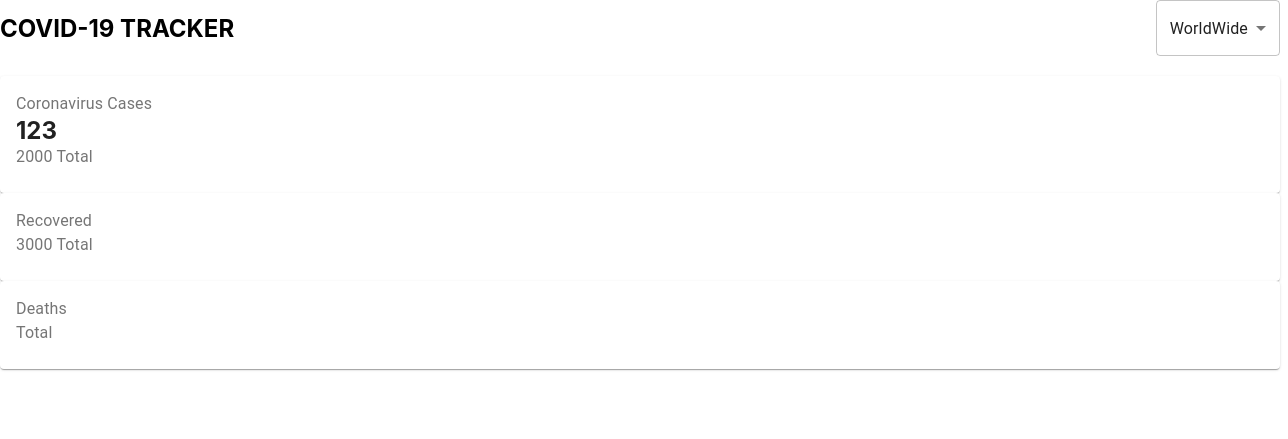
Repository: exiled-kal/2OnProcess
Page: /
An editor plug-in stored every save of this project. The page is shown before and after the next save, followed by the edit.
The browser window is 1280 px wide. The page is 1288 px wide, so the pictures cover 1288 px, including what lies to the right of the window. The pictures show the whole page.
The page's requests for data from a server got no answer. The project was rebuilt for these pictures with package versions that can differ from the ones it lists, and the page was loaded fresh each time. No one was signed in, and anything a server would have sent is missing.

Above is the page before, as saved 2020-08-17 15:45:38.

### src/index.css


body {
  margin: 0;
  font-family: -apple-system, BlinkMacSystemFont, 'Segoe UI', 'Roboto', 'Oxygen',
    'Ubuntu', 'Cantarell', 'Fira Sans', 'Droid Sans', 'Helvetica Neue',
    sans-serif;
  -webkit-font-smoothing: antialiased;
  -moz-osx-font-smoothing: grayscale;
}

code {
  font-family: source-code-pro, Menlo, Monaco, Consolas, 'Courier New',
    monospace;
}

### src/App.js
import React, {useState, useEffect} from 'react';
import './App.css';
import {FormControl, Select, MenuItem} from '@material-ui/core';
import InfoBox from './InfoBox';

function App() {
  const [countries, setCountries] = useState([]);
  const [country, setCountry] = useState('worldwide');

  // https://disease.sh/v3/covid-19/countries

  useEffect(() => {
    const getCountriesData = async () => {
      await fetch('https://disease.sh/v3/covid-19/countries')
        .then((response) => response.json())
        .then((data) => {
          const countries = data.map((country) => ({
            name: country.country, //United States, United Kingdom
            value: country.countryInfo.iso2, // UK, USA
          }));
          setCountries(countries);
        });
    };
    getCountriesData();
  }, []);

  const onCountryChange = async (e) => {
    const countryCode = e.target.value;

    setCountry(countryCode);
  };

  return (
    <div className="app">
      <div className="app__header">
        <h2>COVID-19 TRACKER</h2>
        <FormControl className="app__dropdown">
          <Select variant="outlined" onChange={onCountryChange} value={country}>
            <MenuItem value="worldwide">WorldWide</MenuItem>
            {countries.map((country) => (
              <MenuItem value={country.value}>{country.name}</MenuItem>
            ))}
          </Select>
        </FormControl>
      </div>

      <div className="app__stats">
        <InfoBox title="Coronavirus Cases" cases={123} total={2000}/>

        <InfoBox title="Recovered" total={3000} />

        <InfoBox title="Deaths" />
      </div>

      {/* Table */}
      {/* Graph */}

      {/* Map */}
    </div>
  );
}

export default App;

### src/App.css
* {
  margin: 0;
}

.app__header {
  display: flex;
  align-items: center;
  margin-bottom: 20px;
  justify-content: space-between;

}

### src/InfoBox.js
import React from 'react';
import {Card, CardContent, Typography} from '@material-ui/core';

function InfoBox({title, cases, total}) {
  return (
    <Card className="infoBox">
      <CardContent>
        {/* Title ie. Coronavirus cases */}
        <Typography className="infoBox__title" color="textSecondary">
          {title}
        </Typography>

        {/* +120k Number of cases */}
        <h2 className="infoBox__cases">{cases}</h2>

        {/* 1.2M Total */}
        <Typography className="infoBox__total" color="textSecondary">
          {total} Total
        </Typography>
      </CardContent>
    </Card>
  );
}

export default InfoBox;

Loaded but not shown: public/index.html (common file); src/index.js (common file); src/serviceWorker.js (common file)

After the next save:
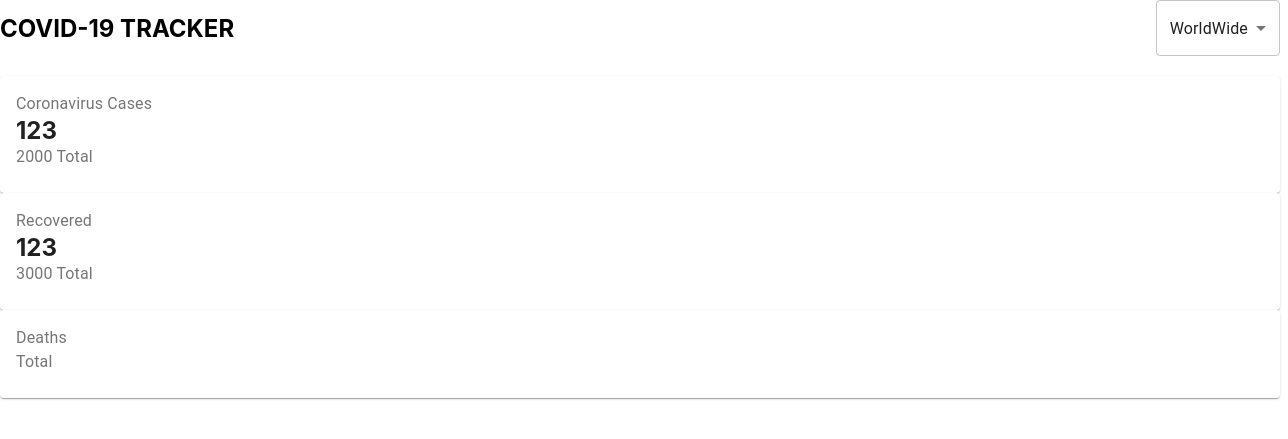
Saved 7 s later.
--- a/src/App.js
+++ b/src/App.js
@@ -47,7 +47,7 @@ function App() {
       <div className="app__stats">
         <InfoBox title="Coronavirus Cases" cases={123} total={2000}/>
 
-        <InfoBox title="Recovered" total={3000} />
+        <InfoBox title="Recovered" cases={123} total={3000} />
 
         <InfoBox title="Deaths" />
       </div>
